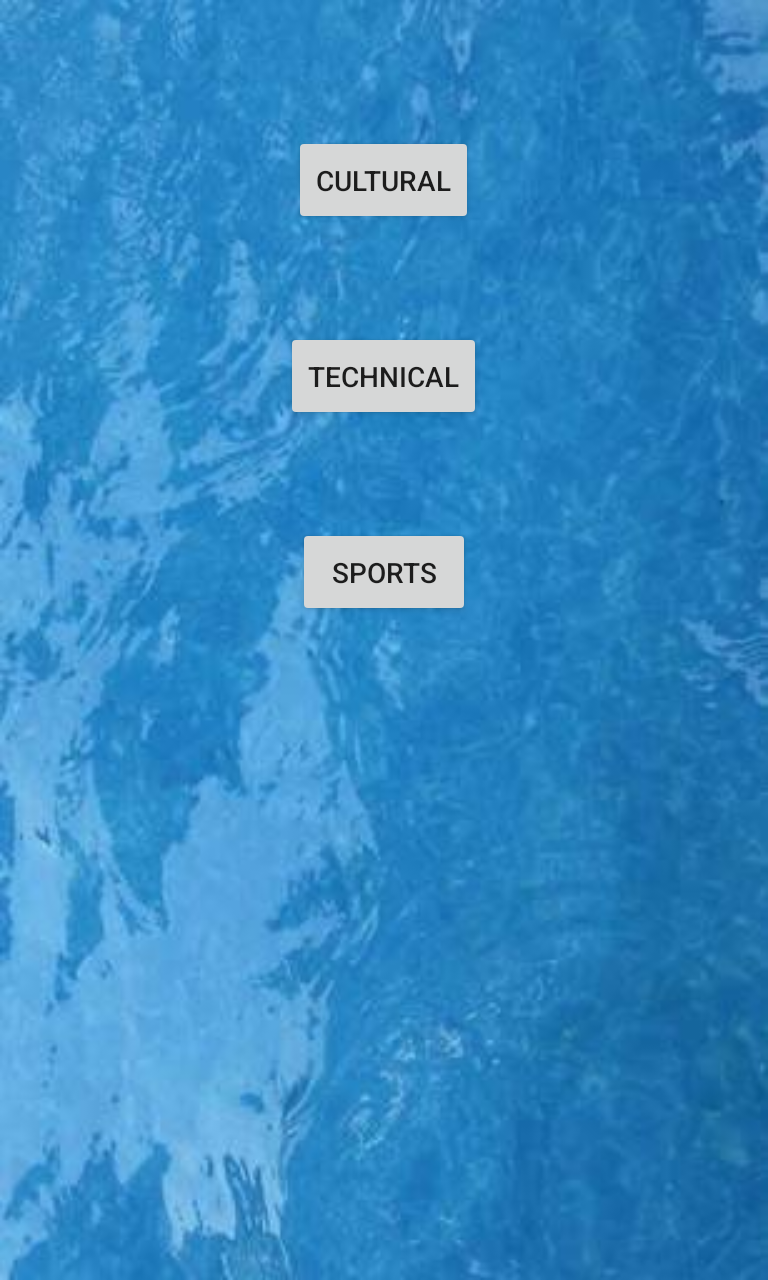
Repository: Attaphon1996/Engineering-Stuff
Layout: OSource/Android Play/Android_Projects/YASH15.0/res/layout/day1.xml
An editor plug-in stored every save of this project. The layout is shown before and after the next save, followed by the edit.
It is drawn on a 768 x 1280 px phone screen (xhdpi) without system bars, with theme AppTheme; the app's code is not run.

Above is the layout before, as saved 2015-02-09 01:12:18.

After the next save:
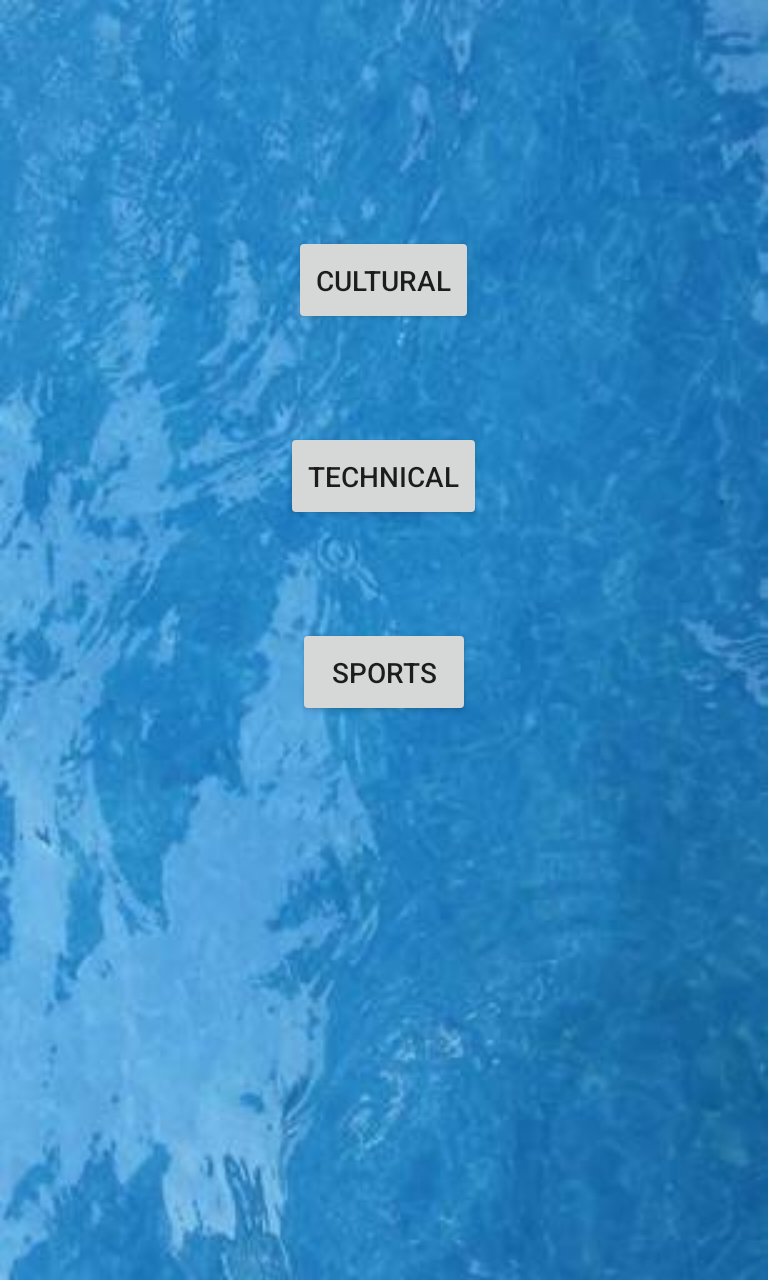
Saved 11 s later.
--- a/OSource/Android Play/Android_Projects/YASH15.0/res/layout/day1.xml
+++ b/OSource/Android Play/Android_Projects/YASH15.0/res/layout/day1.xml
@@ -16,7 +16,7 @@
         android:layout_height="wrap_content"
         android:text="@string/cultural"
         android:layout_gravity="center"
-        android:layout_marginTop="50dp" />
+        android:layout_marginTop="100dp" />
 
     <Button
         android:id="@+id/day1_technical"
